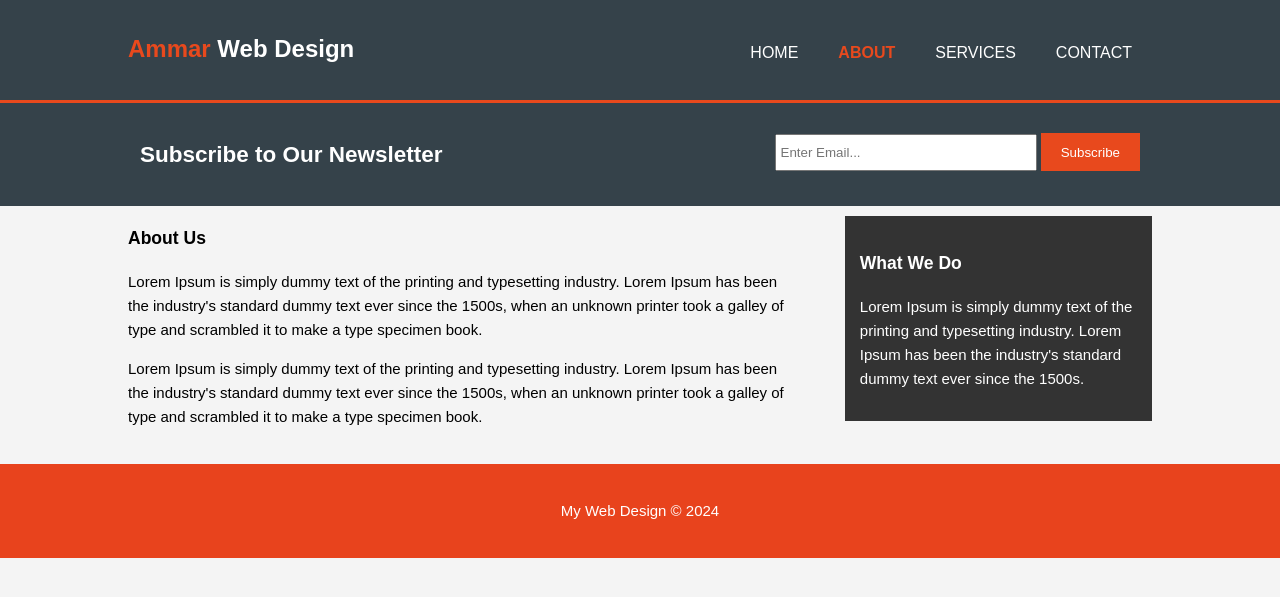
Repository: aobeid1979/html-website
Page: about.html
The author's editor kept a copy of each file at every save. The page is drawn from the files as they stood at one save, then again after a run of saves.
The browser window is 1280 px wide. The pictures show the whole page.

Above is the page before, as saved 2024-05-04 06:12:02.

### about.html
<!DOCTYPE html>
<html lang="en">
<head>
    <meta charset="UTF-8">
    <meta name="viewport" content="width=device-width, initial-scale=1.0">
    <meta name="description" content="Responsive Website using HTML CSS and JavaScript">
    <meta name="keywords" content="HTML, CSS, JavaScript">
    <meta name="author" content="Ammar Obeid">
    <title>Resopnsiv Website | About</title>
    <link rel="stylesheet" href="./css/style.css">
</head>
<body>
    <header>
        <div class="container">
            <div id="brandinig">
                <h1><span class="highlight">Ammar</span> Web Design</h1>

            </div>
            <nav>
                <ul>
                    <li ><a href="index.html">Home</a></li>
                    <li class="current"><a href="about.html">About</a></li>
                    <li><a href="services.html">Services</a></li>
                    <li><a href="contact.html">Contact</a></li>
                </ul>
        </div>

    </header>



    <section id="newsletter">
        <div class="container">
            <h1>Subscribe to Our Newsletter</h1>
            <form>
                <input type="email" placeholder="Enter Email...">
                <button type="submit" class="button_1">Subscribe</button>
            </form>
        </div>
    </section>

    <section id="main">
        <div class="container">
            <article id="main-col">
                <h1 class="page-title">About Us</h1>
                <p>Lorem Ipsum is simply dummy text of the printing and typesetting industry. Lorem Ipsum has been the industry's standard dummy text ever since the 1500s, when an unknown printer took a galley of type and scrambled it to make a type specimen book.</p>
                <p>Lorem Ipsum is simply dummy text of the printing and typesetting industry. Lorem Ipsum has been the industry's standard dummy text ever since the 1500s, when an unknown printer took a galley of type and scrambled it to make a type specimen book.</p>
            </article>

            <aside id="sidebar">
                <div class="dark">
                    <h3>What We Do</h3>
                    <p>Lorem Ipsum is simply dummy text of the printing and typesetting industry. Lorem Ipsum has been the industry's standard dummy text ever since the 1500s.</p>
                </div>
            </aside>
        </div>
    </section>

    <footer>
        <p>My Web Design &copy; 2024</p>
    </footer>

</body>
</html>

### css/style.css
body{
    font: 15px/1.6 Arial, Helvetica,sans-serif;
    padding: 0;
    margin: 0;
    background-color: #f4f4f4;
}

.container{
    width: 80%;
    margin: auto;
    overflow: hidden;
}

header{
    background: #35424a;
    color: #ffffff;
    padding-top: 30px;
    min-height: 70px;
    border-bottom: #e8491d 3px solid;
}

header h1{
    margin: 0;
    padding: 0;
    font-size: 24px;
    font-weight: bold;
}

header a{
    color: #ffffff;
    text-decoration: none;
    text-transform: uppercase;
    font-size: 16px;
}

header ul{
    margin: 0;
    padding: 0;
}

header li{
    float: left;
    display: inline;
    padding: 0 20px 0 20px;
}

header #brandinig{
    float: left;
}

header #brandinig h1{
    margin: 0;
}

header nav{
    float: right;
    margin-top: 10px;
}

header .highlight, header .current a {
    color: #e8491d;
    font-weight: bold;
}

header a:hover{
    color: #cccccc;
    font-weight: bold;
}

#showcase{
    background:url('../img/showcase.jpg') no-repeat center center;
    background-position: center -400;
    background-size: cover;
    min-height: 400px;
    text-align: center;
    color: #1b1a20;
}

#showcase h1{
    margin-top: 100px;
    font-size: 55px;
    margin-bottom: 10px;
    -webkit-text-stroke: 1px #e8491d;
}

#showcase p{
    font-size: 30px;
    -webkit-text-fill-color: blue;

}

#showcase p:hover{
    -webkit-text-stroke: 1px #e8491d;
}

#newsletter{
    padding: 15px;
    color: #ffffff;
    background: #35424a;
    text-align: center;
}

#newsletter h1{
    float: left;
}

#newsletter form{
    float: right;
    margin-top: 15px;
}

#newsletter input[type="email"]{
    padding: 4px;
    height: 25px;
    width: 250px;
}

#newsletter button{
    height: 38px;
    background: #e8491d;
    color: #ffffff;
    border: none;
    padding: 0 20px 0 20px;
}

#newsletter button:hover{
    background: #cccccc;
    color: #1b1a20;
}

#boxes{
    margin-top: 20px;
}

#boxes .box{
    float: left;
    text-align: center;
    width: 30%;
    padding: 10px;
}


#boxes .box img{
    width: 90px;
}

footer{
    background-color: #e8431d;
    color: #ffffff;
    text-align: center;
    padding: 20px;
    margin-top: 20px;
}

aside#sidebar{
    float: right;
    width: 30%;
    margin-top: 10px;
}

article#main-col{
    float: left;
    width: 65%;
}

.dark{
    background-color: #333;
    color: #ffffff;
    padding: 15px;
    margin-top: ;
}

After the next 3 saves:
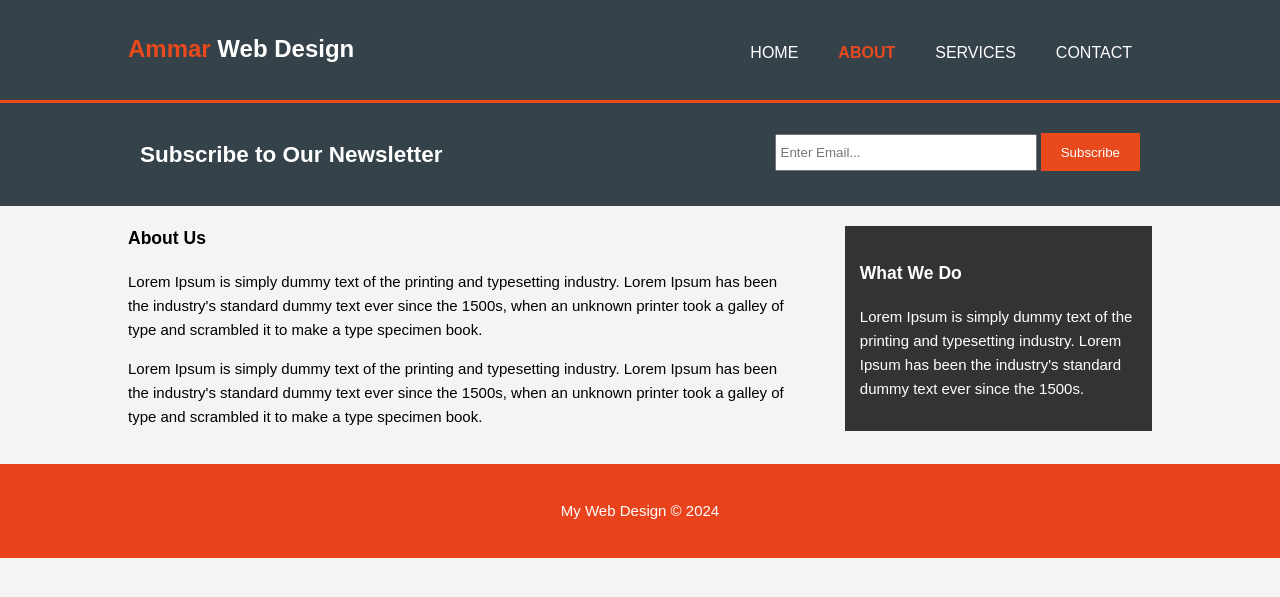
The 3 saves are shown as one change because they came seconds apart.
The last was saved 8 s later.
--- a/css/style.css
+++ b/css/style.css
@@ -167,5 +167,6 @@
     background-color: #333;
     color: #ffffff;
     padding: 15px;
-    margin-top: ;
+    margin-top: 10px;
+    mar
 }
